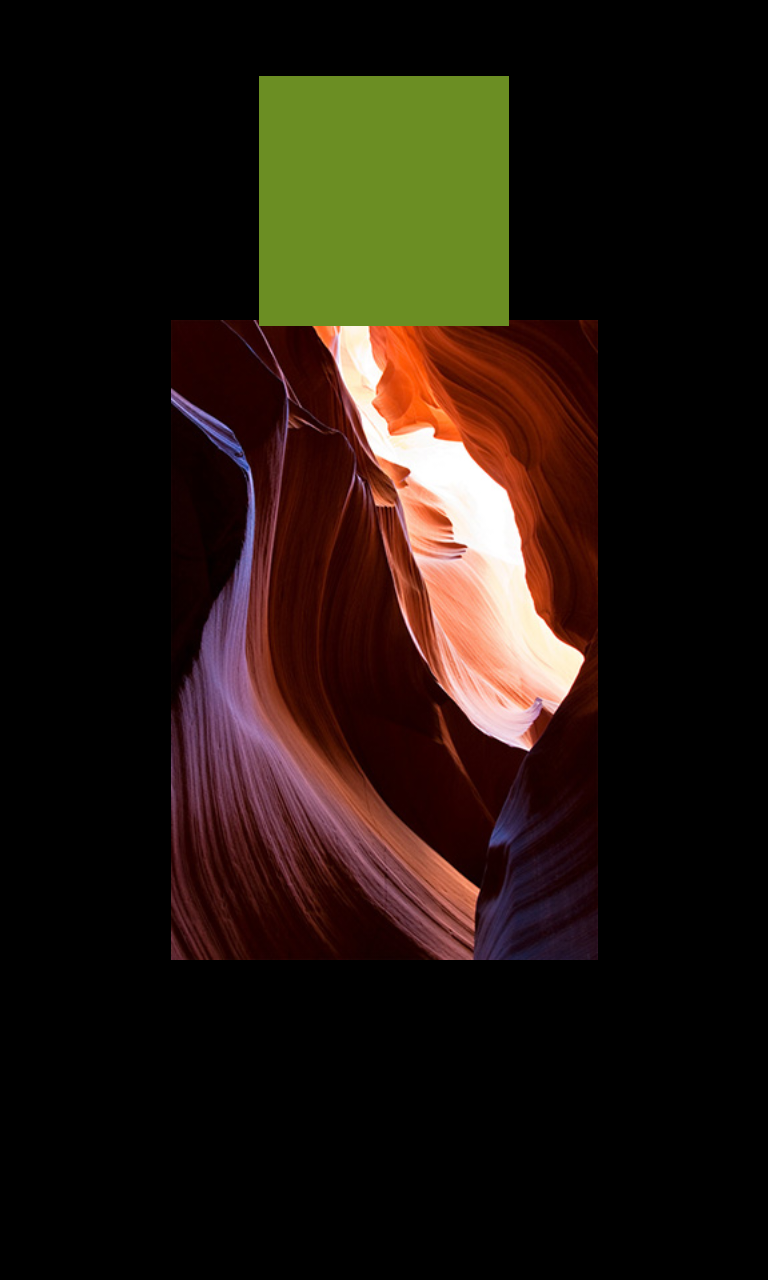
Repository: L8/open_robot
Layout: Android/TouchRobot/res/layout/be_robot_main.xml
The author's editor kept a copy of each file at every save. The layout is drawn from the files as they stood at one save, then again after the next save.
It is drawn on a 768 x 1280 px phone screen (xhdpi) without system bars, with theme android:Theme; the app's code is not run.

Above is the layout before, as saved 2010-10-19 06:27:22.

### Android/TouchRobot/res/layout/be_robot_main.xml
<?xml version="1.0" encoding="utf-8"?>
<FrameLayout xmlns:android="http://schemas.android.com/apk/res/android"
    android:layout_width="fill_parent"
    android:layout_height="fill_parent">

   	<ImageView
        android:layout_width="fill_parent"
        android:layout_height="fill_parent"

        android:scaleType="center"
        android:src="@drawable/antelope_canyon" />

<LinearLayout xmlns:android="http://schemas.android.com/apk/res/android"
    android:orientation="vertical"
    android:layout_width="fill_parent"
    android:layout_height="fill_parent"
    android:gravity="center_horizontal"

    >


    <TextView  android:id="@+id/x_position_textview"
        android:layout_width="fill_parent"
        android:layout_height="wrap_content"

        android:gravity="center_horizontal"
        android:paddingRight="25px"
   		android:paddingLeft="25px"
        />

    <TextView   android:id="@+id/y_position_textview"
        android:layout_width="fill_parent"
        android:layout_height="wrap_content"

        android:gravity="center_horizontal"
        android:paddingRight="25px"
   		android:paddingLeft="25px"
        />



    <FrameLayout android:id="@+id/main_view"
  		xmlns:android="http://schemas.android.com/apk/res/android"
  		android:background="#6B8E23"
  		android:gravity="center_vertical"
  		android:layout_width="250px"
  		android:layout_height="250px"/>

  	<FrameLayout android:id="@+id/spacer_view"
  		xmlns:android="http://schemas.android.com/apk/res/android"
  		android:background="#FF000000"
  		android:gravity="center_vertical"
  		android:layout_width="15px"
  		android:layout_height="80px"
  		android:visibility="invisible"/>

</LinearLayout>

</FrameLayout>

After the next save:
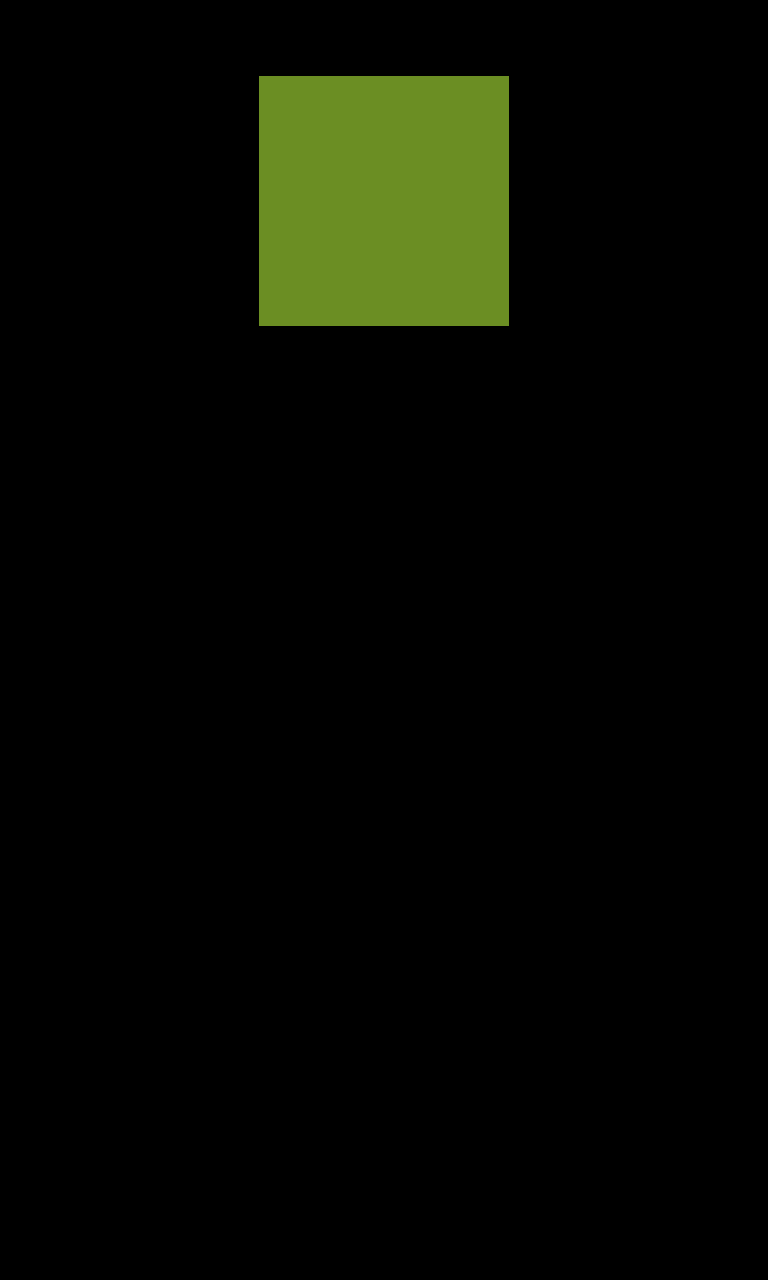
Saved 10 s later.
--- a/Android/TouchRobot/res/layout/be_robot_main.xml
+++ b/Android/TouchRobot/res/layout/be_robot_main.xml
@@ -3,12 +3,7 @@
     android:layout_width="fill_parent"
     android:layout_height="fill_parent">
 
-   	<ImageView
-        android:layout_width="fill_parent"
-        android:layout_height="fill_parent"
 
-        android:scaleType="center"
-        android:src="@drawable/antelope_canyon" />
 
 <LinearLayout xmlns:android="http://schemas.android.com/apk/res/android"
     android:orientation="vertical"

After the save that followed:
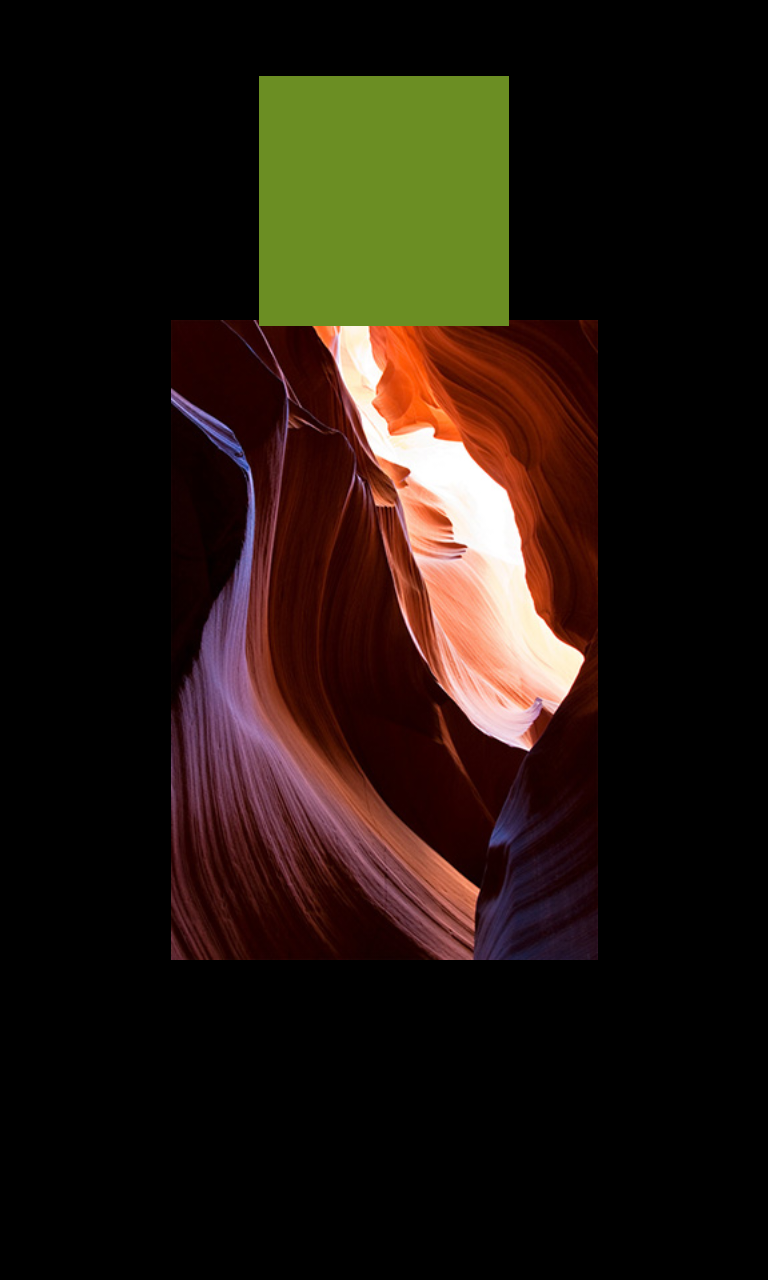
Saved 88 s later.
--- a/Android/TouchRobot/res/layout/be_robot_main.xml
+++ b/Android/TouchRobot/res/layout/be_robot_main.xml
@@ -3,7 +3,12 @@
     android:layout_width="fill_parent"
     android:layout_height="fill_parent">
 
+    <ImageView
+        android:layout_width="fill_parent"
+        android:layout_height="fill_parent"
 
+        android:scaleType="center"
+        android:src="@drawable/antelope_canyon" />
 
 <LinearLayout xmlns:android="http://schemas.android.com/apk/res/android"
     android:orientation="vertical"
